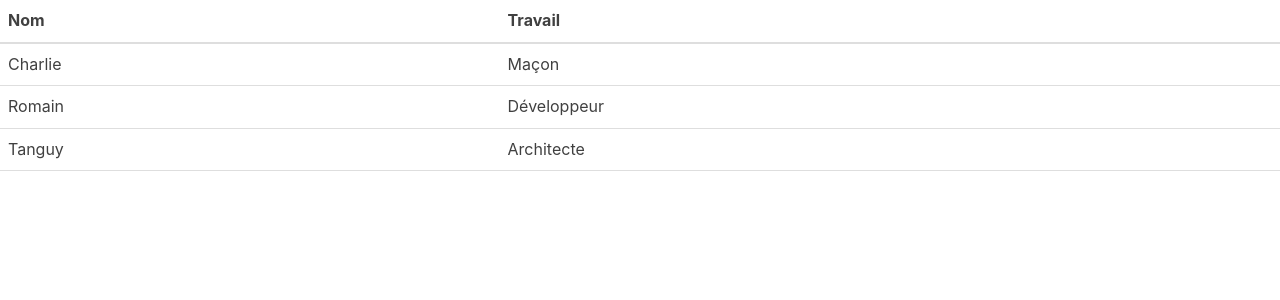
Repository: romgrm/firstAppInReact
Page: /
These files come from the project's save history. The page is drawn as it stood at one moment and after a run of saves; the edit follows.
The browser window is 1280 px wide. The pictures show the whole page.
The project was rebuilt for these pictures with package versions that can differ from the ones it lists, and the page was loaded fresh each time.

Above is the page before, as saved 2020-11-15 19:13:54.

### public/index.html
<!DOCTYPE html>
<html lang="en">
  <head>
    <meta charset="utf-8" />
    <meta name="viewport" content="width=device-width, initial-scale=1, shrink-to-fit=no" />
    <title>React App</title>
  </head>
  <body>
    <noscript>
    </noscript>
    <div id="root"></div>
  </body>
</html>

### src/App.js
import React, { Component } from 'react';
import Table from './Table'

class App extends Component {
    state = {
        personnages: [
            {
                nom : 'Charlie',
                travail : 'Maçon',
            },
            {
                nom : 'Romain',
                travail : 'Développeur'
            },
            {
                nom : 'Tanguy',
                travail : 'Architecte'
            }
        ],
    }

    supprimerPersonnages = (index) => {
        const {personnages} = this.state

        this.setState({
            personnages: personnages.filter((personnages, i) => {
                return i !== index;
            }),
        })
    }

    render() {
        const {personnages} = this.state
        return (
            <div className="Container">
              <Table zeubi={personnages} suppPerso={this.supprimerPersonnages}/>
            </div>
          )

    }
  }

  export default App

### src/index.css
/*!
 * Primitive UI | MIT License
 *
 * A minimalist front-end design toolkit built with Sass for developing
 * responsive, browser-consistent web apps.
 *
 * Author: Tania Rascia <hello@taniarascia.com>
 * Source: https://github.com/taniarascia/primitive
 * Documentation: https://taniarascia.github.io/primitive
 */
/**
 * Variables
 *
 * The majority of the configuration for the toolkit.
 */
/*! normalize.css v8.0.1 | MIT License | github.com/necolas/normalize.css */
/* Document
   ========================================================================== */
/**
 * 1. Correct the line height in all browsers.
 * 2. Prevent adjustments of font size after orientation changes in iOS.
 */
 html {
  line-height: 1.15;
  /* 1 */
  -webkit-text-size-adjust: 100%;
  /* 2 */
}

/* Sections
   ========================================================================== */
/**
 * Remove the margin in all browsers.
 */
body {
  margin: 0;
}

/**
 * Render the `main` element consistently in IE.
 */
main {
  display: block;
}

/**
 * Correct the font size and margin on `h1` elements within `section` and
 * `article` contexts in Chrome, Firefox, and Safari.
 */
h1 {
  font-size: 2em;
  margin: 0.67em 0;
}

/* Grouping content
   ========================================================================== */
/**
 * 1. Add the correct box sizing in Firefox.
 * 2. Show the overflow in Edge and IE.
 */
hr {
  box-sizing: content-box;
  /* 1 */
  height: 0;
  /* 1 */
  overflow: visible;
  /* 2 */
}

/**
 * 1. Correct the inheritance and scaling of font size in all browsers.
 * 2. Correct the odd `em` font sizing in all browsers.
 */
pre {
  font-family: monospace, monospace;
  /* 1 */
  font-size: 1em;
  /* 2 */
}

/* Text-level semantics
   ========================================================================== */
/**
 * Remove the gray background on active links in IE 10.
 */
a {
  background-color: transparent;
}

/**
 * 1. Remove the bottom border in Chrome 57-
 * 2. Add the correct text decoration in Chrome, Edge, IE, Opera, and Safari.
 */
abbr[title] {
  border-bottom: none;
  /* 1 */
  text-decoration: underline;
  /* 2 */
  text-decoration: underline dotted;
  /* 2 */
}

/**
 * Add the correct font weight in Chrome, Edge, and Safari.
 */
b,
strong {
  font-weight: bolder;
}

/**
 * 1. Correct the inheritance and scaling of font size in all browsers.
 * 2. Correct the odd `em` font sizing in all browsers.
 */
code,
kbd,
samp {
  font-family: monospace, monospace;
  /* 1 */
  font-size: 1em;
  /* 2 */
}

/**
 * Add the correct font size in all browsers.
 */
small {
  font-size: 80%;
}

/**
 * Prevent `sub` and `sup` elements from affecting the line height in
 * all browsers.
 */
sub,
sup {
  font-size: 75%;
  line-height: 0;
  position: relative;
  vertical-align: baseline;
}

sub {
  bottom: -0.25em;
}

sup {
  top: -0.5em;
}

/* Embedded content
   ========================================================================== */
/**
 * Remove the border on images inside links in IE 10.
 */
img {
  border-style: none;
}

/* Forms
   ========================================================================== */
/**
 * 1. Change the font styles in all browsers.
 * 2. Remove the margin in Firefox and Safari.
 */
button,
input,
optgroup,
select,
textarea {
  font-family: inherit;
  /* 1 */
  font-size: 100%;
  /* 1 */
  line-height: 1.15;
  /* 1 */
  margin: 0;
  /* 2 */
}

/**
 * Show the overflow in IE.
 * 1. Show the overflow in Edge.
 */
button,
input {
  /* 1 */
  overflow: visible;
}

/**
 * Remove the inheritance of text transform in Edge, Firefox, and IE.
 * 1. Remove the inheritance of text transform in Firefox.
 */
button,
select {
  /* 1 */
  text-transform: none;
}

/**
 * Correct the inability to style clickable types in iOS and Safari.
 */
button,
[type='button'],
[type='reset'],
[type='submit'] {
  -webkit-appearance: button;
}

/**
 * Remove the inner border and padding in Firefox.
 */
button::-moz-focus-inner,
[type='button']::-moz-focus-inner,
[type='reset']::-moz-focus-inner,
[type='submit']::-moz-focus-inner {
  border-style: none;
  padding: 0;
}

/**
 * Restore the focus styles unset by the previous rule.
 */
button:-moz-focusring,
[type='button']:-moz-focusring,
[type='reset']:-moz-focusring,
[type='submit']:-moz-focusring {
  outline: 1px dotted ButtonText;
}

/**
 * Correct the padding in Firefox.
 */
fieldset {
  padding: 0.35em 0.75em 0.625em;
}

/**
 * 1. Correct the text wrapping in Edge and IE.
 * 2. Correct the color inheritance from `fieldset` elements in IE.
 * 3. Remove the padding so developers are not caught out when they zero out
 *    `fieldset` elements in all browsers.
 */
legend {
  box-sizing: border-box;
  /* 1 */
  color: inherit;
  /* 2 */
  display: table;
  /* 1 */
  max-width: 100%;
  /* 1 */
  padding: 0;
  /* 3 */
  white-space: normal;
  /* 1 */
}

/**
 * Add the correct vertical alignment in Chrome, Firefox, and Opera.
 */
progress {
  vertical-align: baseline;
}

/**
 * Remove the default vertical scrollbar in IE 10+.
 */
textarea {
  overflow: auto;
}

/**
 * 1. Add the correct box sizing in IE 10.
 * 2. Remove the padding in IE 10.
 */
[type='checkbox'],
[type='radio'] {
  box-sizing: border-box;
  /* 1 */
  padding: 0;
  /* 2 */
}

/**
 * Correct the cursor style of increment and decrement buttons in Chrome.
 */
[type='number']::-webkit-inner-spin-button,
[type='number']::-webkit-outer-spin-button {
  height: auto;
}

/**
 * 1. Correct the odd appearance in Chrome and Safari.
 * 2. Correct the outline style in Safari.
 */
[type='search'] {
  -webkit-appearance: textfield;
  /* 1 */
  outline-offset: -2px;
  /* 2 */
}

/**
 * Remove the inner padding in Chrome and Safari on macOS.
 */
[type='search']::-webkit-search-decoration {
  -webkit-appearance: none;
}

/**
 * 1. Correct the inability to style clickable types in iOS and Safari.
 * 2. Change font properties to `inherit` in Safari.
 */
::-webkit-file-upload-button {
  -webkit-appearance: button;
  /* 1 */
  font: inherit;
  /* 2 */
}

/* Interactive
   ========================================================================== */
/*
 * Add the correct display in Edge, IE 10+, and Firefox.
 */
details {
  display: block;
}

/*
 * Add the correct display in all browsers.
 */
summary {
  display: list-item;
}

/* Misc
   ========================================================================== */
/**
 * Add the correct display in IE 10+.
 */
template {
  display: none;
}

/**
 * Add the correct display in IE 10.
 */
[hidden] {
  display: none;
}

html {
  box-sizing: border-box;
}

*,
*::before,
*::after {
  box-sizing: inherit;
}

figure {
  margin: 0;
}

/**
 * Scaffolding
 */
html {
  -webkit-font-smoothing: antialiased;
  -moz-osx-font-smoothing: grayscale;
  font: normal normal normal 1rem/1.6 -apple-system, BlinkMacSystemFont, Helvetica Neue, Helvetica, Arial, sans-serif;
  font-size: 1rem;
}

body {
  color: #404040;
  background: white;
  font-size: 1rem;
}

p,
ol,
ul,
dl,
table {
  margin: 0 0 1.5rem 0;
}

ul li ul {
  margin-bottom: 0;
}

ol li ol {
  margin-bottom: 0;
}

h1,
h2,
h3,
h4,
h5 {
  margin: 1.5rem 0;
  font-weight: 600;
  font-family: -apple-system, BlinkMacSystemFont, Helvetica Neue, Helvetica, Arial, sans-serif;
  line-height: 1.2;
  color: #404040;
}

h1:not(:first-child),
h2:not(:first-child),
h3:not(:first-child),
h4:not(:first-child),
h5:not(:first-child) {
  margin: 1.5rem 0;
}

h1:not(:first-child),
h2:not(:first-child),
h3:not(:first-child) {
  margin-top: 2rem;
}

h1 {
  font-size: 1.75rem;
}

h2 {
  font-size: 1.5rem;
}

h3 {
  font-size: 1.25rem;
}

h4 {
  font-size: 1.1rem;
}

h5 {
  font-size: 1rem;
}

@media (min-width: 600px) {
  h1:not(:first-child),
  h2:not(:first-child),
  h3:not(:first-child) {
    margin-top: 2.5rem;
  }
  h1 {
    font-size: 2.25rem;
  }
  h2 {
    font-size: 2rem;
  }
  h3 {
    font-size: 1.75rem;
  }
  h4 {
    font-size: 1.5rem;
  }
  h5 {
    font-size: 1.25rem;
  }
}

a {
  color: #0366ee;
  text-decoration: none;
}

a:hover, a:active, a:focus {
  color: #0246a2;
  text-decoration: underline;
}

mark {
  background: #ffeea8;
  padding: 0 0.2rem;
}

blockquote {
  margin: 0 0 1.5rem 0;
  border-left: 16px solid #f0f0f0;
  padding: 0 1.5rem;
  font-size: 1.5rem;
}

blockquote cite {
  display: block;
  margin-top: 1.5rem;
  font-size: 1rem;
  text-align: right;
}

pre {
  border: 0;
  border-radius: 4px;
  background: transparent;
  padding: 1rem;
  tab-size: 2;
  color: #404040;
  font-family: Menlo, monospace;
  font-size: 14px;
  margin: 0 0 1.5rem 0;
}

pre code {
  font-family: Menlo, monospace;
  line-height: 1.2;
}

kbd {
  background-color: #f7f7f7;
  border: 1px solid #ccc;
  border-radius: 3px;
  box-shadow: 0 1px 0 rgba(0, 0, 0, 0.2), 0 0 0 2px #fff inset;
  color: #333;
  display: inline-block;
  font-family: Helvetica, Arial, sans-serif;
  font-size: 13px;
  line-height: 1.4;
  margin: 0 0.1em;
  padding: 0.1em 0.6em;
  text-shadow: 0 1px 0 #fff;
}

:not(pre) > code {
  color: #404040;
  background: transparent;
  font-family: Menlo, monospace;
  font-size: 14px;
  padding: 0 0.2rem;
  border: 1px solid #dedede;
  border-radius: 4px;
}

hr {
  height: 0;
  border: 0;
  border-top: 1px solid #dedede;
}

dt {
  font-weight: 600;
}

dd {
  margin-bottom: 0.5rem;
}

.full-container {
  max-width: 100%;
  padding: 0 1rem;
}

.container, .small-container, .medium-container {
  max-width: 1200px;
  padding: 0 1rem;
  margin-left: auto;
  margin-right: auto;
}

.small-container {
  max-width: 800px;
}

.medium-container {
  max-width: 1000px;
}

.content-section {
  padding: 30px 0;
}

@media (min-width: 600px) {
  .content-section {
    padding: 60px 0;
  }
}

/**
 * Grid
 */
.flex-small,
.flex-large {
  padding-left: 1rem;
  padding-right: 1rem;
}

.flex-row {
  margin-left: -1rem;
  margin-right: -1rem;
}

.flex-row {
  display: flex;
  flex-direction: row;
  flex-wrap: wrap;
}

.flex-small,
.flex-large {
  flex-basis: 100%;
  margin-bottom: 1rem;
}

/* Small screen breakpoint */
@media (min-width: 600px) {
  .flex-small {
    flex: 1;
    margin-bottom: 0;
  }
  .flex-small.half {
    flex: 0 0 calc(1 / 2 * 100%);
  }
  .flex-small.one-fourth {
    flex: 0 0 calc(1 / 4 * 100%);
  }
  .flex-small.three-fourths {
    flex: 0 0 calc(3 / 4 * 100%);
  }
  .flex-small.one-third {
    flex: 0 0 calc(1 / 3 * 100%);
  }
  .flex-small.two-thirds {
    flex: 0 0 calc(2 / 3 * 100%);
  }
}

/* Large screen breakpoint */
@media (min-width: 1000px) {
  .flex-large {
    flex: 1;
    margin-bottom: 0;
  }
  .flex-large.half {
    flex: 0 0 calc(1 / 2 * 100%);
  }
  .flex-large.one-fourth {
    flex: 0 0 calc(1 / 4 * 100%);
  }
  .flex-large.three-fourths {
    flex: 0 0 calc(3 / 4 * 100%);
  }
  .flex-large.one-third {
    flex: 0 0 calc(1 / 3 * 100%);
  }
  .flex-large.two-thirds {
    flex: 0 0 calc(2 / 3 * 100%);
  }
}

/**
 * Helpers
 */
.clearfix::before,
.clearfix::after {
  content: ' ';
  display: block;
}

.clearfix:after {
  clear: both;
}

.text-left {
  text-align: left;
}

.text-right {
  text-align: right;
}

.text-center {
  text-align: center;
}

.text-justify {
  text-align: justify;
}

.block {
  display: block;
}

.inline-block {
  display: inline-block;
}

.inline {
  display: inline;
}

.vertical-center {
  display: flex;
  align-items: center;
  justify-content: center;
}

.responsive-image {
  max-width: 100%;
  height: auto;
}

.show {
  display: block !important;
}

.hide {
  display: none !important;
}

.invisible {
  visibility: hidden;
}

.no-padding-top {
  padding-top: 0;
}

.no-padding-bottom {
  padding-bottom: 0;
}

.padding-top {
  padding-top: 2rem;
}

.padding-bottom {
  padding-bottom: 2rem;
}

.no-margin-top {
  margin-top: 0;
}

.no-margin-bottom {
  margin-bottom: 0;
}

.margin-top {
  margin-top: 2rem;
}

.margin-bottom {
  margin-bottom: 2rem;
}

.alternate-background {
  background: #fafafa;
  color: #404040;
}

.space-between {
  justify-content: space-between;
}

.justify-center {
  justify-content: center;
}

.align-center {
  align-items: center;
}

.screen-reader-text {
  clip: rect(1px, 1px, 1px, 1px);
  position: absolute !important;
  height: 1px;
  width: 1px;
  overflow: hidden;
}

/**
 * Buttons
 */
.button, a.button, button, [type=submit], [type=reset], [type=button] {
  -webkit-appearance: none;
  display: inline-block;
  border: 1px solid #0366ee;
  border-radius: 4px;
  background: #0366ee;
  color: #ffffff;
  font-weight: 600;
  font-family: -apple-system, BlinkMacSystemFont, Helvetica Neue, Helvetica, Arial, sans-serif;
  font-size: 1rem;
  text-transform: none;
  padding: 0.75rem 1.25rem;
  margin: 0 0 0.5rem 0;
  vertical-align: middle;
  text-align: center;
  cursor: pointer;
  text-decoration: none;
  line-height: 1;
}

.button:hover, a.button:hover, button:hover, [type=submit]:hover, [type=reset]:hover, [type=button]:hover {
  border: 1px solid #0250bc;
  background: #0250bc;
  color: #ffffff;
  text-decoration: none;
}

.button:focus, .button:active, a.button:focus, a.button:active, button:focus, button:active, [type=submit]:focus, [type=submit]:active, [type=reset]:focus, [type=reset]:active, [type=button]:focus, [type=button]:active {
  border: 1px solid #0250bc;
  background: #0250bc;
  color: #ffffff;
  text-decoration: none;
}

.button::-moz-focus-inner, a.button::-moz-focus-inner, button::-moz-focus-inner, [type=submit]::-moz-focus-inner, [type=reset]::-moz-focus-inner, [type=button]::-moz-focus-inner {
  border: 0;
  padding: 0;
}

.accent-button,
a.accent-button {
  color: #ffffff;
  border: 1px solid #29de7d;
  background: #29de7d;
}

.accent-button:hover, .accent-button:focus, .accent-button:active,
a.accent-button:hover,
a.accent-button:focus,
a.accent-button:active {
  color: #ffffff;
  border: 1px solid #1cb864;
  background: #1cb864;
}

.muted-button,
a.muted-button {
  background: transparent;
  border: 1px solid #cdcdcd;
  color: #4e4e4e;
}

.muted-button:hover, .muted-button:focus, .muted-button:active,
a.muted-button:hover,
a.muted-button:focus,
a.muted-button:active {
  color: #4e4e4e;
  border: 1px solid #818181;
  background: transparent;
}

.round-button,
a.round-button {
  border-radius: 40px;
}

.square-button,
a.square-button {
  border-radius: 0;
}

.full-button,
a.full-button {
  display: block;
  width: 100%;
}

/**
 * Forms
 */
[type=color], [type=date], [type=datetime], [type=datetime-local], [type=email], [type=month], [type=number], [type=password], [type=search], [type=tel], [type=text], [type=url], [type=week], [type=time], select, textarea {
  display: block;
  border: 1px solid #dedede;
  border-radius: 4px;
  padding: 0.75rem;
  outline: none;
  background: transparent;
  margin-bottom: 0.5rem;
  font-size: 1rem;
  width: 100%;
  max-width: 100%;
  line-height: 1;
}

[type=color]:hover, [type=date]:hover, [type=datetime]:hover, [type=datetime-local]:hover, [type=email]:hover, [type=month]:hover, [type=number]:hover, [type=password]:hover, [type=search]:hover, [type=tel]:hover, [type=text]:hover, [type=url]:hover, [type=week]:hover, [type=time]:hover, select:hover, textarea:hover {
  border: 1px solid #c5c5c5;
}

[type=color]:focus, [type=color]:active, [type=date]:focus, [type=date]:active, [type=datetime]:focus, [type=datetime]:active, [type=datetime-local]:focus, [type=datetime-local]:active, [type=email]:focus, [type=email]:active, [type=month]:focus, [type=month]:active, [type=number]:focus, [type=number]:active, [type=password]:focus, [type=password]:active, [type=search]:focus, [type=search]:active, [type=tel]:focus, [type=tel]:active, [type=text]:focus, [type=text]:active, [type=url]:focus, [type=url]:active, [type=week]:focus, [type=week]:active, [type=time]:focus, [type=time]:active, select:focus, select:active, textarea:focus, textarea:active {
  border: 1px solid #0366ee;
  box-shadow: inset 0 1px 1px rgba(0, 0, 0, 0.1), 0 0 6px #8cbcfe;
}

textarea {
  overflow: auto;
  height: auto;
}

fieldset {
  border: 1px solid #dedede;
  border-radius: 4px;
  padding: 1rem;
  margin: 1.5rem 0;
}

legend {
  padding: 0 0.5rem;
  font-weight: 600;
}

select {
  color: #404040;
  -webkit-appearance: none;
  -moz-appearance: none;
  background: url(data:[embedded picture, 354 characters]) right center no-repeat;
  line-height: 1;
}

select::-ms-expand {
  display: none;
}

[type='range'] {
  width: 100%;
}

label {
  font-weight: 600;
  max-width: 100%;
  display: block;
  margin: 1rem 0 0.5rem;
}

@media (min-width: 600px) {
  .split-form label {
    text-align: right;
    padding: 0 0.5rem;
    margin-bottom: 1rem;
  }
}

input.has-error, input.has-error:hover, input.has-error:focus, input.has-error:active,
select.has-error,
select.has-error:hover,
select.has-error:focus,
select.has-error:active,
textarea.has-error,
textarea.has-error:hover,
textarea.has-error:focus,
textarea.has-error:active {
  border: 1px solid #d33c40;
  box-shadow: inset 0 1px 1px rgba(0, 0, 0, 0.1), 0 0 6px #f4cecf;
}

input.is-success, input.is-success:hover, input.is-success:focus, input.is-success:active,
select.is-success,
select.is-success:hover,
select.is-success:focus,
select.is-success:active,
textarea.is-success,
textarea.is-success:hover,
textarea.is-success:focus,
textarea.is-success:active {
  border: 1px solid #29de7d;
  box-shadow: inset 0 1px 1px rgba(0, 0, 0, 0.1), 0 0 6px #97efc0;
}

::-webkit-input-placeholder,
::-moz-placeholder,
:-moz-placeholder,
:-ms-input-placeholder {
  color: #9a9a9a;
}

/**
 * Tables
 */
table {
  border-collapse: collapse;
  border-spacing: 0;
  width: 100%;
  max-width: 100%;
}

thead th {
  border-bottom: 2px solid #dedede;
}

tfoot th {
  border-top: 2px solid #dedede;
}

td {
  border-bottom: 1px solid #dedede;
}

th,
td {
  text-align: left;
  padding: 0.5rem;
}

caption {
  padding: 1rem 0;
  caption-side: bottom;
  color: #ababab;
}

.striped-table tbody tr:nth-child(odd) {
  background-color: #f8f8f8;
}

.contain-table {
  overflow-x: auto;
}

@media (min-width: 600px) {
  .contain-table {
    width: 100%;
  }
}

/*
 * Navigation
 */
/**
 * Layout
 */

### src/Table.js
import React, {Component} from 'react'

const TableHeader = () => {
    return (
        <thead>
            <tr>
                <th> Nom </th>
                <th> Travail </th>
            </tr>
        </thead>
    )
}

const TableBody = (props) => {
    const row = props.karma.map((row, index) => {
        return(
            <tr key={index}>
                <td>{row.nom}</td>
                <td>{row.travail}</td>
            </tr>
            )
    })
    return <tbody>{row}</tbody>
}

class Table extends Component {
    render() {

        const {zeubi} = this.props; // this.props permet d'accéder aux propriétés(données) envoyée par la const 'personnages' dans App

        return (
            <table>
                <TableHeader />
                <TableBody karma ={zeubi} />
            </table>
        )
    }
}




export default Table

Loaded but not shown: src/index.js (common file)

After the next 2 saves:
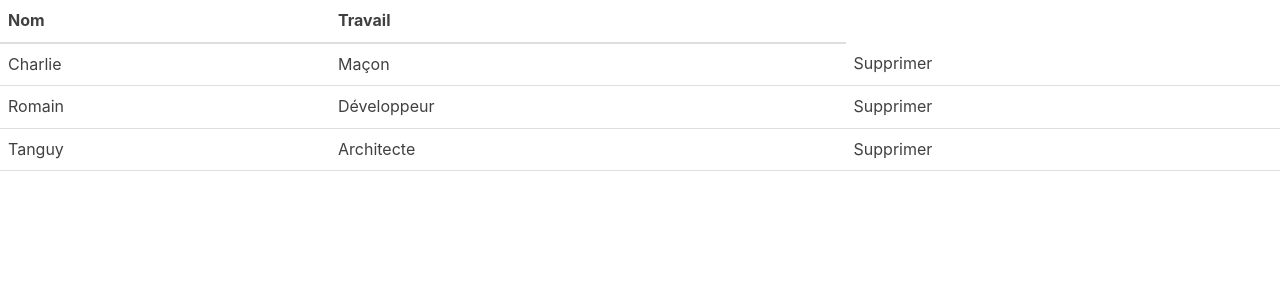
The 2 saves are shown as one change because 1 did not build or start.
The last was saved 5 min 46 s later.
--- a/src/App.js
+++ b/src/App.js
@@ -33,7 +33,7 @@ class App extends Component {
         const {personnages} = this.state
         return (
             <div className="Container">
-              <Table zeubi={personnages} suppPerso={this.supprimerPersonnages}/>
+              <Table dataPerso={personnages} suppPerso={this.supprimerPersonnages}/>
             </div>
           )
 
--- a/src/Table.js
+++ b/src/Table.js
@@ -12,32 +12,28 @@ const TableHeader = () => {
 }
 
 const TableBody = (props) => {
-    const row = props.karma.map((row, index) => {
+    const row = props.dataPerso.map((row, index) => {
         return(
             <tr key={index}>
                 <td>{row.nom}</td>
                 <td>{row.travail}</td>
+                <td onClick={() => props.suppPerso(index)}> Supprimer </td>
             </tr>
             )
     })
     return <tbody>{row}</tbody>
 }
 
-class Table extends Component {
-    render() {
+const Table = (props) => {
+    const {dataPerso, suppPerso} = props
 
-        const {zeubi} = this.props; // this.props permet d'accéder aux propriétés(données) envoyée par la const 'personnages' dans App
-
-        return (
-            <table>
-                <TableHeader />
-                <TableBody karma ={zeubi} />
-            </table>
-        )
-    }
+    return (
+        <table>
+            <TableHeader />
+            <TableBody dataPerso={dataPerso} suppPerso={suppPerso} />
+        </table>
+    )
 }
 
 
-
-
 export default Table
